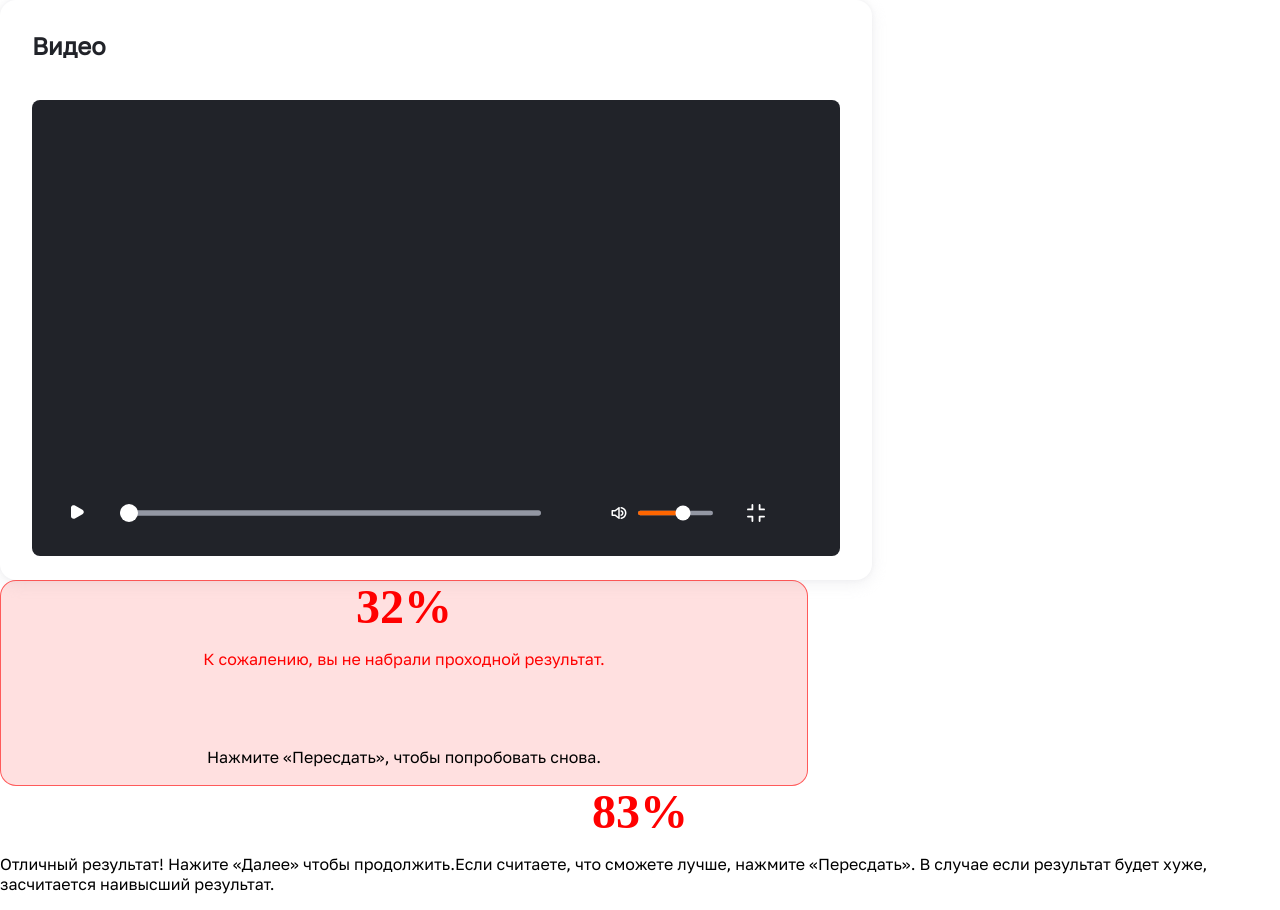
Repository: RuslanSR2424/Group5_LizaAlert
Page: index.html
The author's editor kept a copy of each file at every save. The page is drawn from the files as they stood at one save, then again after the next save.
The browser window is 1280 px wide. The pictures show the whole page.

Above is the page before, as saved 2022-03-09 17:08:18.

After the next save:
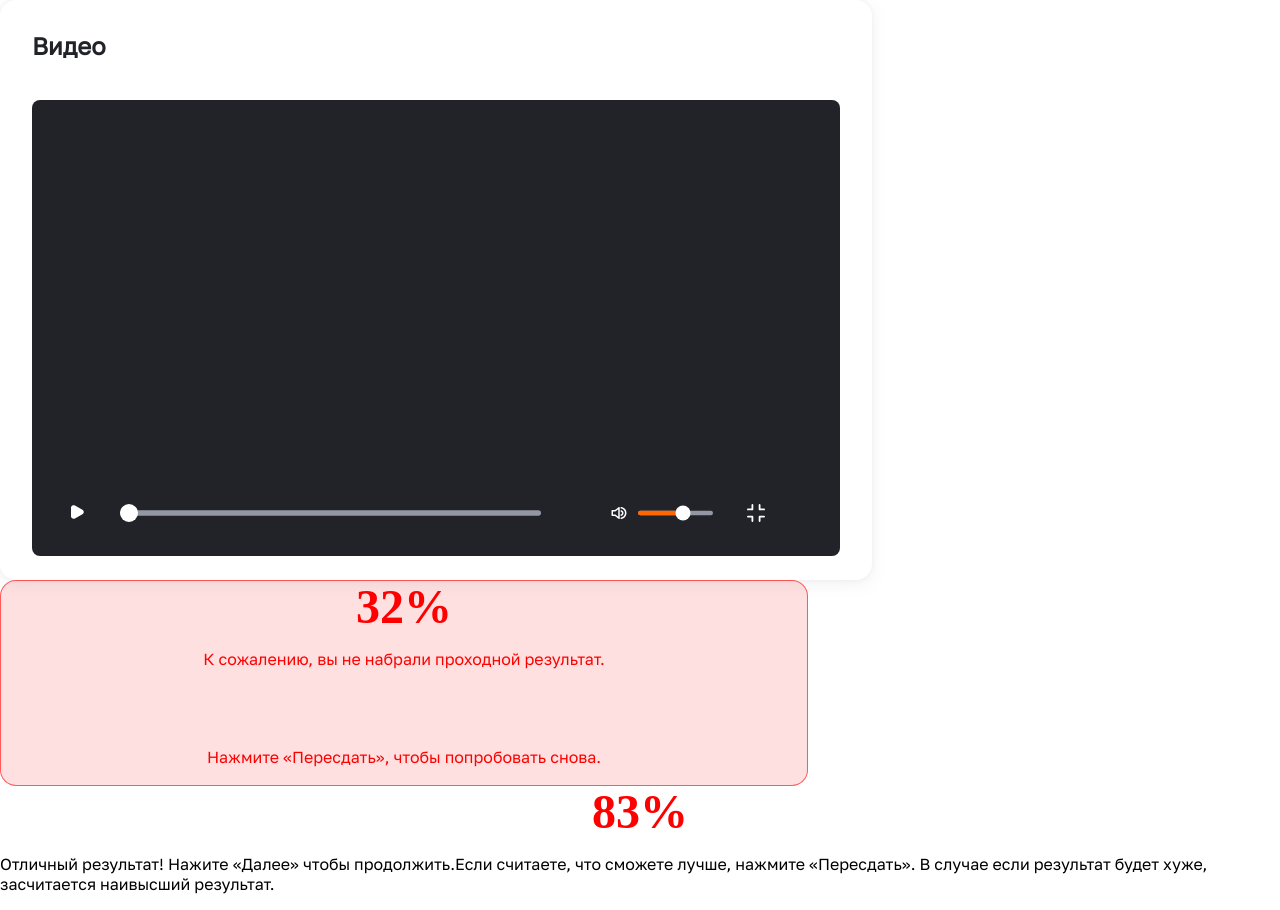
Saved 8 s later.
--- a/index.html
+++ b/index.html
@@ -26,7 +26,7 @@
         <div class="results__bad">
             <h2 class="results__score">32%</h2>
             <p class="result__text result__text_type_bad">К сожалению, вы не набрали проходной результат.</p>
-            <p    >Нажмите «Пересдать», чтобы попробовать снова.</p>
+            <p class="result__text result__text_type_bad">Нажмите «Пересдать», чтобы попробовать снова.</p>
         </div>
         <div class="results__good">
             <h2 class="results__score">83%</h2>
